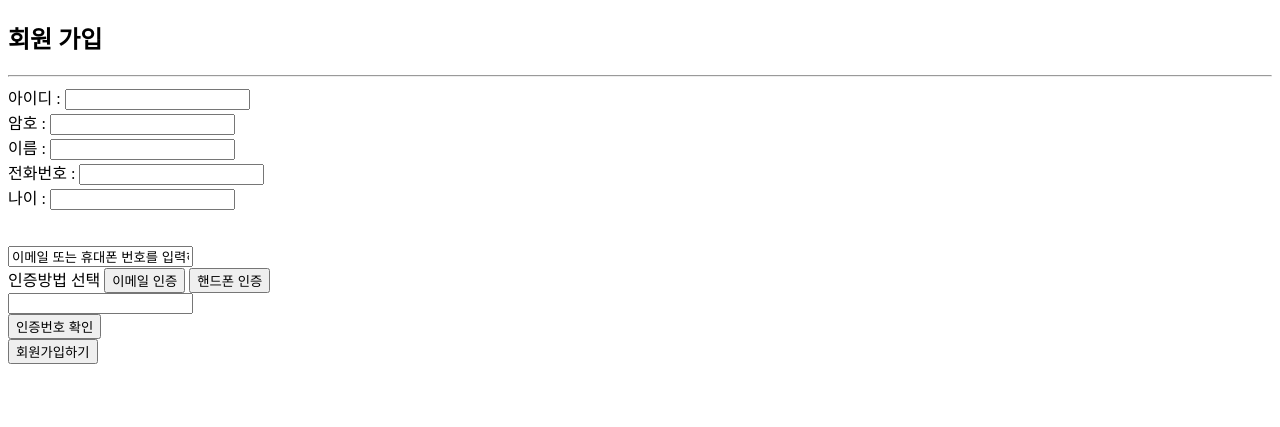
Repository: 0hmuse/day0330-2
Page: day0330-1/src/main/resources/static/test.html
The author's editor kept a copy of each file at every save. The page is drawn from the files as they stood at one save, then again after the next save.
The browser window is 1280 px wide. The pictures show the whole page.

Above is the page before, as saved 2020-03-30 22:30:12.

### day0330-1/src/main/resources/static/test.html
<!DOCTYPE html>
<html>
<head>
<meta charset="EUC-KR">
<title>Insert title here</title>
<script type="text/javascript" src="https://code.jquery.com/jquery-3.4.1.min.js"></script>
<script type="text/javascript">
$(function(){

	var result;//인증번호

//이메일인증 버튼
$("#btn_email").click(function(){
	var data = {in1:$("#in1").val()}
	$.ajax("/email.do",{data:data,success:function(r){
		alert("인증번호 발송");
		result=r;
	}})
});

//인증번호확인 버튼
$("#ebc2").click(function(){
	var in2 = $("#in2").val();
	var data = $("#f").serialize();
	if(result == in2){
		alert("인증번호 확인성공");
		//회원가입하기 버튼
		$("#btnAdd").click(function(){
			$.ajax("/insert.do",{data:data,success:function(r){
				alert(r);
			}})
		})

	}else{
		alert("인증번호를 확인하세요");
	}
})

$("#btn_phone").click(function(){
	alert("서버 폭주로인해 점검중인 서비스입니다")
})
})
</script>
</head>
<body>
	<h2>회원 가입</h2>
	<hr>
	<form id="f">
		아이디 : <input type="text" id="id" name="id"><br>
		암호 : <input type="text" id="pwd" name="pwd"><br>
		이름 : <input type="text" id="name" name="name"><br>
		전화번호 : <input type="text" id="tel" name="tel"><br>
		나이 : <input type="text" id="age" name="age"><br>
		<br>
	</form>
		<br>

		<form id="g">
				<input type='text' id='in1' name='in1' value="이메일 또는 휴대폰 번호를 입력하세요">
		</form>
			인증방법 선택
				<button id="btn_email">이메일 인증</button>
				<button id="btn_phone">핸드폰 인증</button>
				<br>

		<form id="h">
				<input type='text' id='in2' name='in2'>
		</form>
				<button id='ebc2'>인증번호 확인</button><br>

		<button id="btnAdd">회원가입하기</button>

</body>
</html>

After the next save:
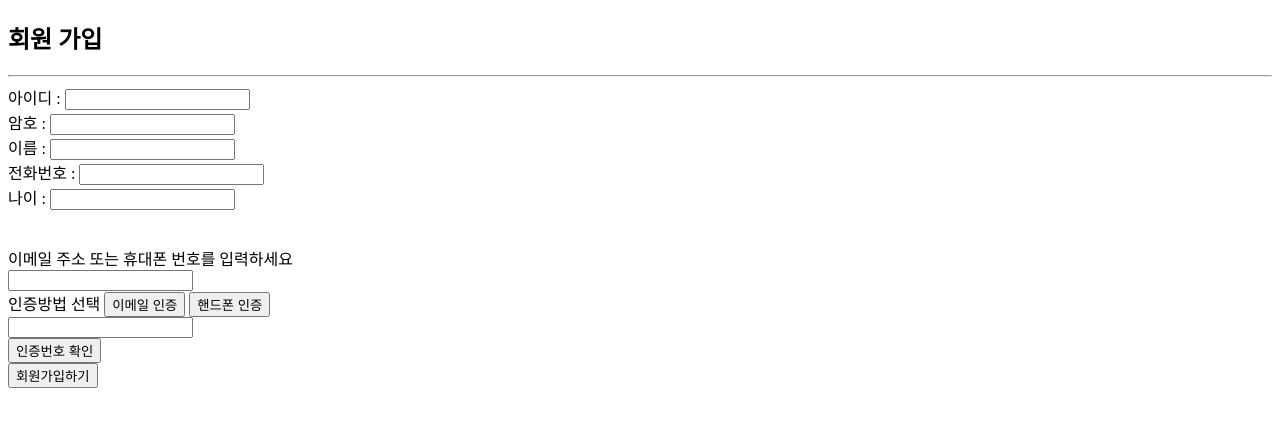
Saved 25 s later.
--- a/day0330-1/src/main/resources/static/test.html
+++ b/day0330-1/src/main/resources/static/test.html
@@ -54,9 +54,9 @@ $("#btn_phone").click(function(){
 		<br>
 	</form>
 		<br>
-
+		이메일 주소 또는 휴대폰 번호를 입력하세요<br>
 		<form id="g">
-				<input type='text' id='in1' name='in1' value="이메일 또는 휴대폰 번호를 입력하세요">
+				<input type='text' id='in1' name='in1'>
 		</form>
 			인증방법 선택
 				<button id="btn_email">이메일 인증</button>
